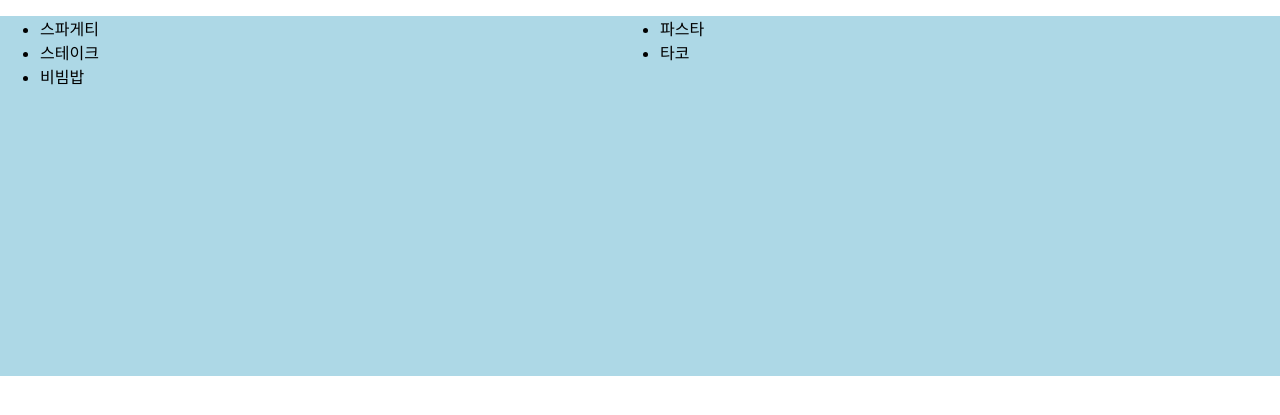
Repository: YEOMJINSEOP/playground
Page: / (app in practicegrid/)
An editor plug-in stored every save of this project. The page is shown before and after the next save, followed by the edit.
The browser window is 1280 px wide. The pictures show the whole page.
The project was rebuilt for these pictures with package versions that can differ from the ones it lists, and the page was loaded fresh each time.

Above is the page before, as saved 2022-11-01 17:08:32.

### practicegrid/src/App.js
import './App.css';
import { useEffect } from 'react';

function App() {

  return (
    <div class='listContainer'>
      <ul>
        <li>스파게티</li>
        <li>파스타</li>
        <li>스테이크</li>
        <li>타코</li>
        <li>비빔밥</li>
      </ul>
    </div>
  )
}

export default App;

### practicegrid/src/App.css
.listContainer{
  width: 100%;
  height: 50vh;
  background-color: lightblue;


}

ul{
  display: grid;
  grid-template-columns: repeat(2, 1fr);
}

Loaded but not shown: practicegrid/public/index.html (common file); practicegrid/src/index.js (common file); practicegrid/src/index.css (common file); practicegrid/src/reportWebVitals.js (common file)

After the next save:
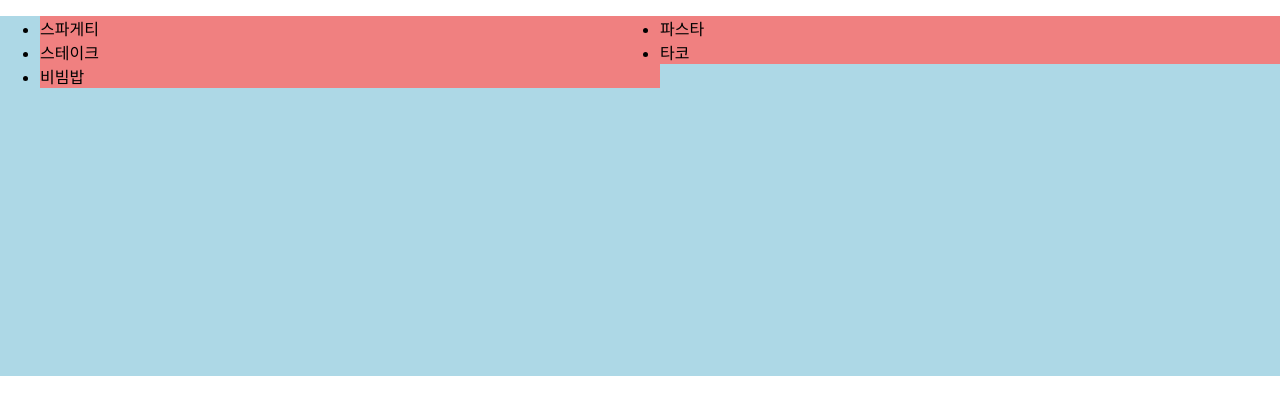
Saved 11 s later.
--- a/practicegrid/src/App.css
+++ b/practicegrid/src/App.css
@@ -10,3 +10,7 @@ ul{
   display: grid;
   grid-template-columns: repeat(2, 1fr);
 }
+
+li{
+  background-color: lightcoral;
+}
